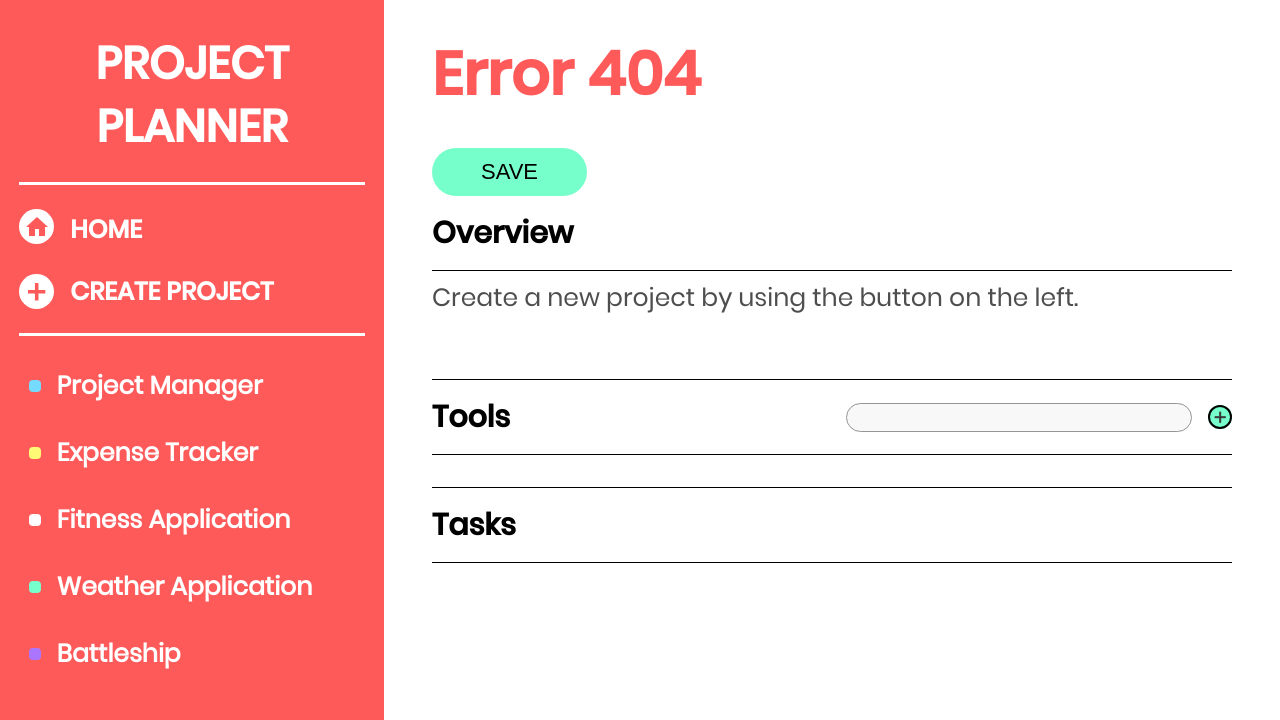
Repository: AzharMoosa/project-manager
Page: /project
An editor plug-in stored every save of this project. The page is shown before and after the next save, followed by the edit.
The browser window is 1280 px wide. The pictures show the whole page.
The project was rebuilt for these pictures with package versions that can differ from the ones it lists, and the page was loaded fresh each time. A package was used in the major version that the imports need, not the one package.json lists. Also part of the build but not shown: src/components/home/ProgressBar.js, src/components/home/ProjectProgress.js, src/components/home/Home.js, src/components/current-project/Task.js.

Above is the page before, as saved 2020-06-24 11:16:28.

### public/index.html
<!DOCTYPE html>
<html lang="en">
  <head>
    <meta charset="utf-8" />
    <link rel="icon" href="%PUBLIC_URL%/favicon.ico" />
    <meta name="viewport" content="width=device-width, initial-scale=1" />
    <meta name="theme-color" content="#000000" />
    <meta
      name="description"
      content="Web site created using create-react-app"
    />
    <link rel="apple-touch-icon" href="%PUBLIC_URL%/logo192.png" />

    <link rel="manifest" href="%PUBLIC_URL%/manifest.json" />

    <title>Project Planner</title>
  </head>
  <body>
    <noscript>You need to enable JavaScript to run this app.</noscript>
    <div id="root"></div>
  </body>
</html>

### src/App.js
import React from "react";
import Sidebar from "./components/sidebar/Siebar";
import Main from "./components/Main";
import Modal from "./components/modal/Modal";
import { ProjectProvider } from "./ProjectContext";
import { SelectedProjectProvider } from "./SelectedProjectContext";
import { BrowserRouter } from "react-router-dom";

import "./App.css";

function App() {
  return (
    <BrowserRouter>
      <ProjectProvider>
        <SelectedProjectProvider>
          <div className='container'>
            <Sidebar />
            <Main />
            <Modal />
          </div>
        </SelectedProjectProvider>
      </ProjectProvider>
    </BrowserRouter>
  );
}

export default App;

### src/components/sidebar/Siebar.js
import React from "react";
import Header from "./Header";
import ProjectList from "../project-list/ProjectList";

const Siebar = () => {
  return (
    <div className='sidebar'>
      <Header />
      <ProjectList />
    </div>
  );
};

export default Siebar;

### src/components/Main.js
import React from "react";
import { Switch, Route } from "react-router-dom";
import Home from "./home/Home";
import CurrentProject from "./current-project/CurrentProject";

const Main = () => {
  return (
    <Switch>
      <Route exact path='/' component={Home}></Route>
      <Route exact path='/project' component={CurrentProject}></Route>
    </Switch>
  );
};

export default Main;

### src/components/modal/Modal.js
import React, { useContext, useState } from "react";
import { ProjectContext } from "../../ProjectContext";

const Modal = () => {
  // eslint-disable-next-line
  const [projects, setProjects] = useContext(ProjectContext);
  const [projectTitle, setProjectTitle] = useState("");
  const [projectOverview, setProjectOverview] = useState("");

  const hidePopup = () => {
    let popup = document.querySelector(".create-project-popup");
    popup.classList.add("hide");
  };

  const createProject = (e) => {
    if (projectTitle === "") {
      return;
    }
    e.preventDefault();
    let newProject = {
      name: projectTitle,
      overview: projectOverview,
      tools: [],
      progress: 0,
      tasks: [],
      color: "white",
      date: "",
      id: Math.floor(Math.random() * 100),
    };
    setProjects((projects) => [...projects, newProject]);
    setProjectTitle("");
    setProjectOverview("");
    clearTitleInput();
    clearOverviewInput();
    hidePopup();
  };

  const clearTitleInput = () => {
    let titleInput = document.querySelector(".title-input");
    titleInput.value = "";
  };

  const clearOverviewInput = () => {
    let overviewInput = document.querySelector(".overview-input");
    overviewInput.value = "";
  };

  return (
    <div className='create-project-popup hide'>
      <div className='create-project-popup-content'>
        <h1>CREATE PROJECT</h1>
        <form className='form-input'>
          <label htmlFor='title'>PROJECT TITLE</label>
          <input
            type='text'
            onChange={(e) => setProjectTitle(e.target.value)}
            className='title-input'
          />
          <label htmlFor='title'>PROJECT OVERVIEW</label>
          <textarea
            type='text'
            onChange={(e) => setProjectOverview(e.target.value)}
            className='overview-input'
          />
          <button className='create-btn' onClick={createProject}>
            CREATE
          </button>
        </form>
      </div>
    </div>
  );
};

export default Modal;

### src/ProjectContext.js
import React, { useState, createContext } from "react";

export const ProjectContext = createContext();

export const ProjectProvider = (props) => {
  const [projects, setProjects] = useState([
    {
      name: "Project Manager",
      overview:
        "A project management application which allows you to plan personal projects and track its progress.  Create detail plans of projects before developing projects.",
      tools: ["HTML", "CSS", "JAVASCRIPT", "REACT"],
      progress: 60,
      tasks: [
        { task: "Create Project Plans", complete: true },
        { task: "Todo List for Each Project", complete: false },
        { task: "Track Progress", complete: true },
        { task: "Priority List", complete: true },
        { task: "Choose Tools In Each Project", complete: false },
        { task: "Clean And Simple Design", complete: true },
        { task: "Use REACT", complete: false },
      ],
      color: "blue",
      date: "26/06/2020",
      id: 28392,
    },

    {
      name: "Expense Tracker",
      overview:
        "A expense tracker application which allows you to budget and track your savings.  Track what expenses you have.",
      tools: ["HTML", "CSS", "JAVASCRIPT", "REACT"],
      progress: 40,
      tasks: [
        { task: "Expenses In And Out", complete: true },
        { task: "Current Balance", complete: false },
        { task: "Highest Money Out", complete: true },
        { task: "Clean And Simple Design", complete: true },
        { task: "Use REACT", complete: false },
      ],
      color: "yellow",
      date: "",
      id: 2032,
    },

    {
      name: "Fitness Application",
      overview:
        "A fitness application which can track workouts and meal plans. Plan exercise routines and meal plans all in one hub.",
      tools: [
        "HTML",
        "CSS",
        "JAVASCRIPT",
        "REACT",
        "NODEJS",
        "EXPRESS",
        "MONGODB",
      ],
      progress: 0,
      tasks: [
        { task: "Exercise Plan", complete: true },
        { task: "Diet Plan", complete: false },
        { task: "Clean And Simple Design", complete: true },
        { task: "Use REACT", complete: false },
      ],
      color: "white",
      date: "30/09/2020",
      id: 203234,
    },

    {
      name: "Weather Application",
      overview:
        "A weather application which can track weather and climate. See weather and climate for different locations all around the world.",
      tools: ["HTML", "CSS", "JAVASCRIPT", "REACT", "ADOBE XD"],
      progress: 30,
      tasks: [
        { task: "Weather", complete: true },
        { task: "Temp, Humidity, Pressure", complete: false },
        { task: "Clean And Simple Design", complete: true },
        { task: "Use REACT", complete: false },
      ],
      color: "green",
      date: "16/12/2020",
      id: 20327734,
    },

    {
      name: "Battleship",
      overview: "Battleship created in REACT and using Javascript Testing.",
      tools: ["HTML", "CSS", "JAVASCRIPT", "REACT", "ADOBE XD", "JEST"],
      progress: 100,
      tasks: [
        { task: "Battleship Game", complete: true },
        { task: "Using Testing", complete: false },
        { task: "Clean And Simple Design", complete: true },
        { task: "Use REACT", complete: false },
      ],
      color: "purple",
      date: "",
      id: 2027734,
    },
  ]);

  return (
    <ProjectContext.Provider value={[projects, setProjects]}>
      {props.children}
    </ProjectContext.Provider>
  );
};

### src/SelectedProjectContext.js
import React, { useState, createContext } from "react";

export const SelectedProjectContext = createContext();

export const SelectedProjectProvider = (props) => {
  const [selectedProject, setSelectedProject] = useState({
    name: "Error 404",
    overview: "Create a new project by using the button on the left.",
    tools: [],
    progress: 0,
    tasks: [],
    color: "",
    date: "",
    id: 21,
  });

  return (
    <SelectedProjectContext.Provider
      value={[selectedProject, setSelectedProject]}
    >
      {props.children}
    </SelectedProjectContext.Provider>
  );
};

### src/App.css
:root {
  --red: #ff5a5a;
  --green: #76ffca;
  --blue: #76daff;
  --yellow: #fffa76;
  --purple: #ab76ff;
}

/* CSS RESET */

* {
  margin: 0;
  padding: 0;
  box-sizing: border-box;
}

/* Fonts */

@font-face {
  font-family: "Poppins-Med";
  src: url("./fonts/Poppins-Medium.ttf");
}

@font-face {
  font-family: "Poppins-Reg";
  src: url("./fonts/Poppins-Regular.ttf");
}

/* Body */

body {
  font-family: "Poppins-Reg";
  line-height: 1.4;
}

/* Utilities */

/* Bullet Points */

.white:before,
.blue:before,
.yellow:before,
.green:before,
.purple:before {
  content: " ";
  height: 12px;
  width: 12px;
  margin-right: 1rem;
  border-radius: 4px;
}

.blue:before {
  background-color: var(--blue);
}

.yellow:before {
  background-color: var(--yellow);
}

.green:before {
  background-color: var(--green);
}

.purple:before {
  background-color: var(--purple);
}

.white:before {
  background-color: #fff;
}

/* Container */
.container {
  display: flex;
}

/* Sidebar */
.sidebar {
  width: 30vw;
  background-color: var(--red);
  min-height: 100vh;
  color: #fff;
}

.title {
  font-size: 45px;
  font-family: "Poppins-Med";
  text-align: center;
  padding-top: 2rem;
}

.nav-btns::after,
.nav-btns:before {
  content: " ";
  display: block;
  border-bottom: 3px solid #fff;
  width: 100%;
  margin: 1.5rem auto;
}

.nav-btns {
  width: 90%;
  margin: auto;
}

.home-btn,
.create-project-btn {
  display: flex;
  align-items: center;
  margin-top: 1.5rem;
}

.home-btn h3,
.create-project-btn h3 {
  margin-left: 1rem;
  font-family: "Poppins-Med";
  font-size: 25px;
}

.home-btn svg,
.create-project-btn svg {
  cursor: pointer;
}

/* Home */

.home {
  width: 70vw;
  display: flex;
  flex-direction: column;
}

.home-title {
  font-size: 80px;
  font-family: "Poppins-Med";
  color: var(--red);
  text-align: center;
  margin-top: 1rem;
}

.home-title:after {
  content: " ";
  display: block;
  border-bottom: 5px solid var(--red);
  width: 342px;
  margin: 0 auto 1.5rem auto;
}

/* Selected Project */

.selected-project {
  width: 70vw;
  display: flex;
  flex-direction: column;
  padding: 2rem 3rem;
}

.selected-project-title {
  color: var(--red);
  font-size: 60px;
  font-family: "Poppins-Med";
}

.selected-project h3 {
  font-size: 30px;
  font-family: "Poppins-Med";
  margin-top: 1rem;
}

.selected-project-heading:after,
.tools:before {
  content: " ";
  display: block;
  border-bottom: 1px solid #000;
  padding: 0.5rem 0;
}

.overview {
  color: #4e4e4e;
  font-size: 25px;
  font-family: "Poppins-Reg";
  padding: 0.5rem 0;
  outline: none;
  border: none;
  resize: none;
}

.tools-head {
  display: flex;
  justify-content: space-between;
  align-items: center;
  border-bottom: 1px solid #000;
  padding-bottom: 1rem;
}

.tools-input {
  margin-top: 1rem;
  display: flex;
  justify-content: center;
  align-items: center;
}

.add-tools {
  width: 346px;
  height: 29px;
  background-color: #f8f8f8;
  border: 1px solid #959595;
  border-radius: 15px;
  margin-right: 1rem;
  font-size: 15px;
  outline: none;
  padding: 0 1rem;
}

.add-tool-btn {
  cursor: pointer;
}

.tools-body {
  border-bottom: 1px solid #000;
}

.tools-body h3 {
  font-family: "Poppins-Reg";
  padding-bottom: 1rem;
  color: #4e4e4e;
  font-size: 25px;
}

.tasks-title {
  display: flex;
  align-items: center;
  border-bottom: 1px solid #000;
  padding-bottom: 1rem;
}

.bullet-point {
  border-radius: 50%;
  width: 41px;
  height: 41px;
  background: #fff;
  border: 3px solid #000;
  cursor: pointer;
  margin-right: 1rem;
}

.complete {
  background: var(--blue);
}

.task {
  display: flex;
  align-items: center;
}

.task h3 {
  font-size: 25px;
  font-family: "Poppins-Reg";
  margin-bottom: 1rem;
}

/* Project Sidebar List */

.project-side {
  width: 85%;
  margin: 2rem auto;
  display: flex;
  align-items: center;
  cursor: pointer;
}

.project-side h3 {
  font-size: 25px;
}

/* Progress Bar */
.progressbar {
  width: 90%;
  background-color: #fff;
  border: 2px solid #2f2f2f;
  border-radius: 17px;
  margin: 0 auto 2rem auto;
}

.progressbar > div {
  background-color: var(--green);
  height: 33px;
  border-radius: 17px;
}

.progressbar > div h3 {
  display: flex;
  justify-content: flex-end;
  align-items: center;
  line-height: 1.8;
  margin-right: 1rem;
}

/* Project List */

.project-title {
  width: 90%;
  margin: 1.2rem auto;
  display: flex;
  justify-content: space-between;
}

.project-title h3 {
  font-size: 25px;
  font-family: "Poppins-Med";
}

.project-title h4 {
  font-size: 20px;
  font-family: "Poppins-Reg";
  color: #505050;
}

/* Create Project Popup */

.hide {
  display: none !important;
}

.create-project-popup {
  display: flex;
  justify-content: center;
  align-items: center;
  position: fixed;
  z-index: 1;
  left: 0;
  top: 0;
  width: 100%;
  height: 100%;
  background-color: rgb(0, 0, 0);
  background-color: rgba(99, 99, 99, 0.6);
}

.create-project-popup-content {
  background-color: var(--red);
  padding: 20px;
  border: 3px solid #343434;
  min-width: 526px;
  min-height: 617px;
  color: #fff;
  -webkit-box-shadow: 10px 10px 6px 0px rgba(0, 0, 0, 0.75);
  -moz-box-shadow: 10px 10px 6px 0px rgba(0, 0, 0, 0.75);
  box-shadow: 10px 10px 6px 0px rgba(0, 0, 0, 0.75);
}

.create-project-popup-content h1 {
  text-align: center;
}

.create-project-popup-content h1:after {
  content: " ";
  display: block;
  border-bottom: 3px solid #fff;
  width: 250px;
  margin: 0 auto 1.5rem auto;
}

.form-input {
  width: 100%;
  display: flex;
  flex-direction: column;
  justify-content: center;
}

.form-input label {
  font-size: 25px;
  font-family: "Poppins-Med";
}

.form-input input {
  height: 46px;
  background-color: transparent;
  border: 2px solid #fff;
  outline: none;
  color: #fff;
  font-size: 21px;
  padding: 0 0.5rem;
  width: 100%;
  margin-bottom: 2rem;
}

.form-input textarea {
  height: 202px;
  background-color: transparent;
  border: 2px solid #fff;
  outline: none;
  color: #fff;
  font-size: 21px;
  padding: 0.5rem 0.5rem;
  width: 100%;
  margin-bottom: 2rem;
  font-family: "Poppins-Reg";
}

.create-btn {
  background-color: var(--green);
  width: 155px;
  height: 48px;
  border-radius: 24px;
  border: none;
  font-size: 22px;
  margin: 2rem auto 0 auto;
}

### src/components/sidebar/Header.js
import React from "react";
import { Link } from "react-router-dom";

const Header = () => {
  const displayPopup = () => {
    let popup = document.querySelector(".create-project-popup");
    popup.classList.remove("hide");
  };

  return (
    <div>
      <h1 className='title'>PROJECT PLANNER</h1>
      <div className='nav-btns'>
        <div className='home-btn'>
          <Link to='/'>
            <svg
              xmlns='http://www.w3.org/2000/svg'
              width='35'
              height='35'
              viewBox='0 0 35 35'
            >
              <g
                id='Home_Btn'
                data-name='Home Btn'
                transform='translate(-139 -182)'
              >
                <circle
                  id='Ellipse_1'
                  data-name='Ellipse 1'
                  cx='17.5'
                  cy='17.5'
                  r='17.5'
                  transform='translate(139 182)'
                  fill='#fff'
                />
                <path
                  id='icons8-home'
                  d='M12,2.1,1,12H4v9h6V14h4v7h6V12h3Z'
                  transform='translate(145 187.9)'
                  fill='#ff5a5a'
                />
              </g>
            </svg>
          </Link>
          <h3>HOME</h3>
        </div>

        <div className='create-project-btn'>
          <svg
            xmlns='http://www.w3.org/2000/svg'
            width='35'
            height='35'
            viewBox='0 0 35 35'
            onClick={displayPopup}
          >
            <g id='Group_6' data-name='Group 6' transform='translate(-50 -242)'>
              <circle
                id='Ellipse_2'
                data-name='Ellipse 2'
                cx='17.5'
                cy='17.5'
                r='17.5'
                transform='translate(50 242)'
                fill='#fff'
              />
              <path
                id='icons8-plus'
                d='M8.922,2V8.922H2v1.538H8.922v6.922h1.538V10.461h6.922V8.922H10.461V2Z'
                transform='translate(58 250)'
                fill='#ff5a5a'
                stroke='#ff5a5a'
                strokeWidth='2'
                fillRule='evenodd'
              />
            </g>
          </svg>
          <h3>CREATE PROJECT</h3>
        </div>
      </div>
    </div>
  );
};

export default Header;

### src/components/project-list/ProjectList.js
import React, { useContext } from "react";
import { ProjectContext } from "../../ProjectContext";
import ProjectSide from "./ProjectSide";

const ProjectList = () => {
  // eslint-disable-next-line
  const [projects, setProjects] = useContext(ProjectContext);

  return (
    <div>
      {projects.map((project) => (
        <ProjectSide
          name={project.name}
          color={project.color}
          key={project.id}
          project={project}
        />
      ))}
    </div>
  );
};

export default ProjectList;

### src/components/current-project/CurrentProject.js
import React, { useContext } from "react";
import Task from "./Task";

import { SelectedProjectContext } from "../../SelectedProjectContext";
import { ProjectContext } from "../../ProjectContext";

const CurrentProject = () => {
  // eslint-disable-next-line
  const [selectedProject, setSelectedProject] = useContext(
    SelectedProjectContext
  );

  const [projects, setProjects] = useContext(ProjectContext);

  const modifyOverview = (e) => {
    const overview = e.target.value;
    setSelectedProject((selectedProject) => ({
      ...selectedProject,
      overview: overview,
    }));
    updateProjects();
  };

  const updateProjects = () => {
    let i = projects.indexOf(selectedProject);
    let newArray = [...projects];
    console.log(selectedProject);
    newArray[0] = selectedProject;
    setProjects(newArray);
  };

  return (
    <div className='selected-project'>
      <div className='selected-project-head'>
        <h1 className='selected-project-title'>{selectedProject.name}</h1>
        <button className='create-btn'>SAVE</button>
      </div>

      <h3 className='selected-project-heading'>Overview</h3>
      <textarea
        type='text'
        className='overview'
        value={selectedProject.overview}
        onChange={modifyOverview}
      />
      <div className='tools'>
        <div className='tools-head'>
          <h3>Tools</h3>
          <div className='tools-input'>
            <input type='text' className='add-tools' />
            <svg
              xmlns='http://www.w3.org/2000/svg'
              width='24'
              height='24'
              viewBox='0 0 24 24'
              className='add-tool-btn'
            >
              <g
                id='Add_Tool_Btn'
                data-name='Add Tool Btn'
                transform='translate(-49.866 -241.866)'
              >
                <g
                  id='Ellipse_2'
                  data-name='Ellipse 2'
                  transform='translate(49.866 241.866)'
                  fill='#76ffca'
                  stroke='#000'
                  strokeWidth='2'
                >
                  <circle cx='12' cy='12' r='12' stroke='none' />
                  <circle cx='12' cy='12' r='11' fill='none' />
                </g>
                <path
                  id='icons8-plus'
                  d='M6.72,2V6.72H2V7.769H6.72v4.72H7.769V7.769h4.72V6.72H7.769V2Z'
                  transform='translate(54.819 246.819)'
                  stroke='#404040'
                  strokeWidth='1'
                  fillRule='evenodd'
                />
              </g>
            </svg>
          </div>
        </div>
        <div className='tools-body'>
          <h3>{selectedProject.tools.join(" | ")}</h3>
        </div>
      </div>

      <h3 className='selected-project-heading'>Tasks</h3>

      <div className='tasks'>
        {selectedProject.tasks.map((task) => (
          <Task key={Math.random() * 100} task={task} />
        ))}
      </div>
    </div>
  );
};

export default CurrentProject;

### src/components/project-list/ProjectSide.js
import React, { useContext } from "react";
import { SelectedProjectContext } from "../../SelectedProjectContext";
import { Link } from "react-router-dom";

const Project = ({ name, color, project }) => {
  // eslint-disable-next-line
  const [selectedProject, setSelectedProject] = useContext(
    SelectedProjectContext
  );

  return (
    <Link to='/project' style={{ textDecoration: "none", color: "#fff" }}>
      <div className={`project-side ${color}`}>
        <h3
          onClick={() => {
            setSelectedProject(project);
          }}
        >
          {name}
        </h3>
      </div>
    </Link>
  );
};

export default Project;

Loaded but not shown: src/index.js (common file)

After the next save:
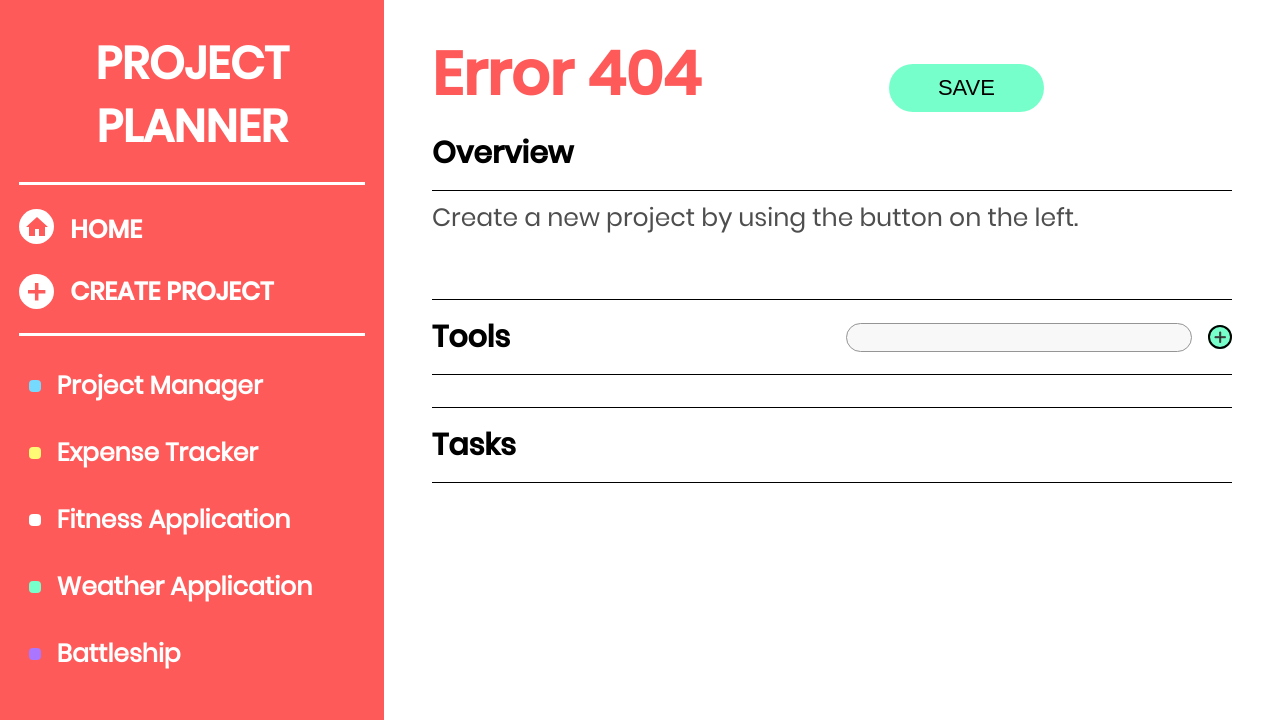
Saved 19 s later.
--- a/src/App.css
+++ b/src/App.css
@@ -155,6 +155,10 @@ body {
   padding: 2rem 3rem;
 }
 
+.selected-project-head {
+  display: flex;
+}
+
 .selected-project-title {
   color: var(--red);
   font-size: 60px;
